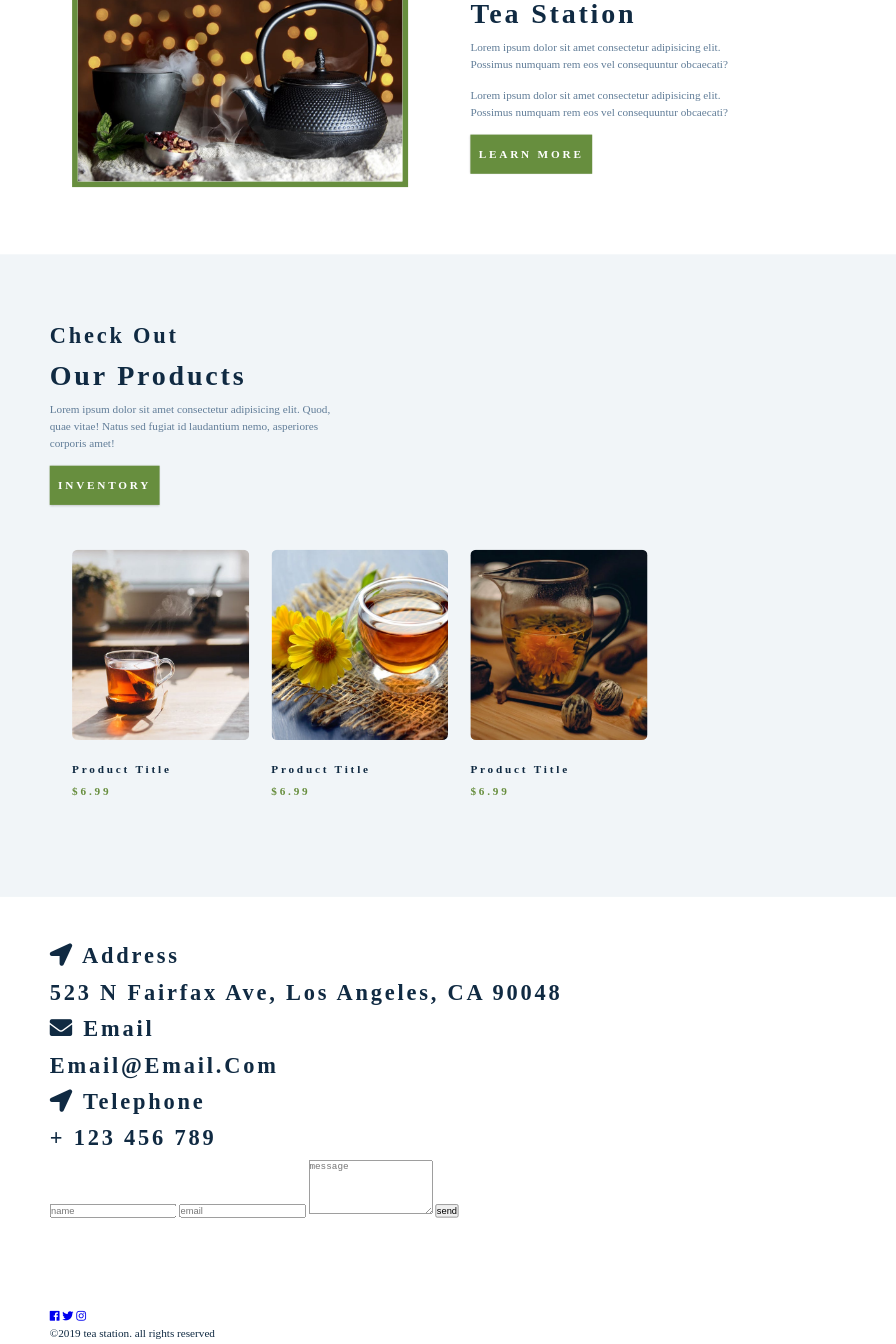
Repository: Ndifoinhilary/building_tea_site
Page: index.html
These files come from the project's save history. The page is drawn as it stood at one moment and after the next save; the edit follows.
The browser window is 1280 px wide. The pictures show the part of the page from y = 1266 to 3186 px (the page is 3267 px tall), at 70% of full size.
Backgrounds fixed to the window are drawn as part of the page. Some web fonts or font styles are not loaded; a fallback is used.

Above is the page before, as saved 2024-01-06 13:17:09.

### index.html
<!DOCTYPE html>
<html lang="en">

<head>
  <meta charset="UTF-8" />
  <meta name="viewport" content="width=device-width, initial-scale=1.0" />
  <meta http-equiv="X-UA-Compatible" content="ie=edge" />
  <title>Tea Station || Home</title>
  <!-- font-awesome -->
  <link rel="stylesheet" href="./fontawesome-free-5.7.2-web/css/all.css" />
  <!-- custom css -->
  <link rel="stylesheet" href="./css/styles.css" />
</head>

<body>
  <!-- nav button -->
  <span class="nav-btn" id="nav-btn">
    <i class="fas fa-bars"></i>
  </span>
  <!-- nav -->
  <nav class="navbar" id="navbar">
    <div class="navbar-header">
      <span class="nav-close" id="nav-close">
        <i class="fas fa-times"></i>
      </span>
    </div>
    <ul class="nav-items">
      <li><a href="index.html" class="nav-link">home</a></li>
      <li><a href="skills.html" class="nav-link">skills</a></li>
      <li><a href="about.html" class="nav-link">about</a></li>
      <li><a href="products.html" class="nav-link">products</a></li>
    </ul>
  </nav>
  <!-- header -->
  <header class="header">
    <div class="banner">
      <h2 class="banner-subtitle">Over one hunred flavors of tea</h2>
      <h1 class="banner-title">specially crafted tea</h1>
      <a href="skills.html" class=" btn banner-btn">explore</a>
    </div>
  </header>

  <div class="content-divider"></div>





  <!-- skills section -->
  <section class="skills clearfix">
    <!-- single skill -->
    <article class="skill">
      <span class="skill-icon">
        <i class="fas fa-mug-hot"></i>
      </span>
      <h4 class="skill-title">made in US</h4>
      <!-- ten words -->
      <p class="skill-text">
        Lorem ipsum dolor sit amet consectetur adipisicing elit. Tempore,
        sequi.
      </p>
    </article>
    <!-- end of single skill -->
    <!-- single skill -->
    <article class="skill">
      <span class="skill-icon">
        <i class="fas fa-glass-cheers"></i>
      </span>
      <h4 class="skill-title">relaxation</h4>
      <!-- ten words -->
      <p class="skill-text">
        Lorem ipsum dolor sit amet consectetur adipisicing elit. Tempore,
        sequi.
      </p>
    </article>
    <!-- end of single skill -->
    <!-- single skill -->
    <article class="skill">
      <span class="skill-icon">
        <i class="fas fa-bomb"></i>
      </span>
      <h4 class="skill-title">energy</h4>
      <!-- ten words -->
      <p class="skill-text">
        Lorem ipsum dolor sit amet consectetur adipisicing elit. Tempore,
        sequi.
      </p>
    </article>
    <!-- end of single skill -->
    <!-- single skill -->
    <article class="skill">
      <span class="skill-icon">
        <i class="fas fa-mortar-pestle"></i>
      </span>
      <h4 class="skill-title">family recipe</h4>
      <!-- ten words -->
      <p class="skill-text">
        Lorem ipsum dolor sit amet consectetur adipisicing elit. Tempore,
        sequi.
      </p>
    </article>
    <!-- end of single skill -->
  </section>
  <!--end of skills section -->




  <!-- about -->
  <section class="about">

    <div class="section-center clearfix">

      <article class="about-img">
        <div class="about-picture-container">
          <img src="./images/about-bcg.jpeg" alt="tea kettle" class="about-picture" />
        </div>
      </article>

      <article class="about-info">
        <!-- section title -->
        <div class="section-title">
          <h3 class="section-subtitle">about our</h3>
          <h2 class="section-title">tea station</h2>
        </div>
        <!-- section title -->
        <p class="about-text">
          Lorem ipsum dolor sit amet consectetur adipisicing elit. Possimus
          numquam rem eos vel consequuntur obcaecati?
        </p>
        <p class="about-text">
          Lorem ipsum dolor sit amet consectetur adipisicing elit. Possimus
          numquam rem eos vel consequuntur obcaecati?
        </p>
        <a href="about.html" class="btn">learn more</a>
      </article>
    </div>
  </section>
  <!-- end of about -->





  <!-- products -->
  <section class="products">
    <div class="section-center clearfix">
      <!-- products info  -->
      <article class="products-info">
        <!-- title -->
        <div>
          <h3 class="section-subtitle">check out</h3>
          <h2 class="section-title text-white">our products</h2>
        </div>
        <!-- end of title -->
        <p class="product-text">
          Lorem ipsum dolor sit amet consectetur adipisicing elit. Quod, quae
          vitae! Natus sed fugiat id laudantium nemo, asperiores corporis
          amet!
        </p>
        <a href="products.html" class="btn">inventory</a>
      </article>
      <!-- end of products info -->

      <!-- products inventory -->
      <article class="products-inventory clearfix">
        <!-- single product -->
        <div class="product">
          <img src="./images/product-1.jpeg" alt="single product" class="product-img" />
          <h4 class="product-title">product title</h4>
          <h4 class="product-price">$6.99</h4>
        </div>
        <!--end of single product -->
        <!-- single product -->
        <div class="product">
          <img src="./images/product-2.jpeg" alt="single product" class="product-img" />
          <h4 class="product-title">product title</h4>
          <h4 class="product-price">$6.99</h4>
        </div>
        <!--end of single product -->
        <!-- single product -->
        <div class="product">
          <img src="./images/product-3.jpeg" alt="single product" class="product-img" />
          <h4 class="product-title">product title</h4>
          <h4 class="product-price">$6.99</h4>
        </div>
        <!--end of single product -->
      </article>
      <!--end of  products inventory -->
    </div>
  </section>


  <!-- end of  products -->




  <!-- contact -->
  <section class="contact">
    <div class="section-center clearfix">
      <!-- contact info -->
      <article class="contact-info">
        <!-- contact item -->
        <div class="contact-item">
          <!-- contact text -->
          <h3 class="contact-title">
            <span class="contact-icon">
              <i class="fas fa-location-arrow"></i> </span>address
          </h3>
          <h3 class="contact-text">
            523 N Fairfax Ave, Los Angeles, CA 90048
          </h3>
        </div>
        <!-- end of contact item -->
        <!-- contact item -->
        <div class="contact-item">
          <!-- contact text -->
          <h3 class="contact-title">
            <span class="contact-icon"> <i class="fas fa-envelope"></i> </span>email
          </h3>
          <h3 class="contact-text">email@email.com</h3>
        </div>
        <!-- end of contact item -->

        <!-- contact item -->
        <div class="contact-item">
          <!-- contact text -->
          <h3 class="contact-title">
            <span class="contact-icon">
              <i class="fas fa-location-arrow"></i> </span>telephone
          </h3>
          <h3 class="contact-text">+ 123 456 789</h3>
        </div>
        <!-- end of contact item -->
      </article>
      <article class="contact-form">
        <form action="https://formspree.io/learncodetutorial@gmail.com" method="POST" class="form-group">
          <input type="text" name="name" placeholder="name" class="form-control" />
          <input type="email" name="email" placeholder="email" class="form-control" />
          <textarea name="message" placeholder="message" class="form-control" rows="5"></textarea>
          <button class="main-btn">send</button>
        </form>
      </article>
      <!-- end of contact info -->
    </div>
  </section>




  <!-- end o fcontact -->
  <footer class="footer">
    <div class="section-center">
      <div class="social-icons">
        <!-- social icon -->
        <a href="#" class="social-icon">
          <i class="fab fa-facebook"></i>
        </a>
        <!-- end of social icon -->
        <!-- social icon -->
        <a href="#" class="social-icon">
          <i class="fab fa-twitter"></i>
        </a>
        <!-- end of social icon -->
        <!-- social icon -->
        <a href="#" class="social-icon">
          <i class="fab fa-instagram"></i>
        </a>
        <!-- end of social icon -->
      </div>
      <p class="footer-text">
        &copy;2019 <span class="text-primary">tea station</span>. all rights
        reserved
      </p>
    </div>
  </footer>



  <script src="app.js"></script>
</body>

</html>

### css/styles.css
@import url("https://fonts.googleapis.com/css?family=Catamaran:400,700|Grand+Hotel");

* {
  margin: 0;
  padding: 0;
  box-sizing: border-box;
}

/*================
Global variables
===================
*/

:root{
  --clr-primary:#678e3e;
  --clr-primary-light:#beed8c;
  --clr-grey-1:#102a42;
  --clr-grey-5:#617d98;
  --clr-grey-10:#f1f5f8;
  --clr-white:#fff;
  --ff-primary:"Catamaran",sans-serif;
  --ff-secondary:"Grand Hotel", cursive;
  --transition: all 0.3s linear ;
  --spacing:0.25rem;
  --radius:0.5rem;
}


body{
  font-family: var(--clr-primary);
  background: var(--clr-white);
  color: var(--clr-grey-1);
  line-height: 1.5;
  font-size: 0.875rem;
}

a{
  text-decoration: none;
}

img{
  width: 100%;
  display: block;
}
h1,h2,h3,h4{
  letter-spacing: var(--spacing);
  text-transform: capitalize;
  line-height: 1.25;
  margin-bottom: 0.75rem;
}

h1{
  font-size: 3rem;
}
h2{
  font-size: 2rem;
}
h3{
  font-size: 1.5rem;
}
h4{
  font-size: 0.875rem;
}

p{
  margin-bottom: 1.25rem;
}
@media screen and (min-width:800px) {
  h1{
    font-size: 4rem;
  }
  h2{
    font-size: 2.5rem;
  }
  h3{
    font-size: 2rem;
  }
  h4{
    font-size: 1rem;
  }
  body{
    font-size: 1rem;
  }
  h1,h2,h3,h4{
    line-height: 1.25;

  }
}
/*
more css
 */

 .btn{
  text-transform: uppercase;
  background: var(--clr-primary);
  color: var(--clr-white);
  padding: 1rem 0.75rem;
  letter-spacing: var(--spacing);
  display: inline-block;
  font-weight:700 ;
  transition: var(--transition);
  font-size: 1rem;
  border: none;
  cursor: pointer;
  box-shadow: 0 1px 3px rgba(0, 0, 0,0.2);
 }
.btn:hover {
  color: var(--ff-primary);
  background: var(--clr-primary-light);
}
.clearfix::after , .clearfix::before{
  content: "";
  clear: both;
  display: table;
}
.section-title h3{
font-family: var(--ff-secondary);
color: var(--clr-primary);
}
section-title{
  margin-bottom: 2rem;
}
.section-center{
  padding: 4rem 0;
  width: 85vw;
  margin: 0 auto;
  max-width: 1170px;
}
@media screen and (min-width:992px) {
  .section-center{
    width: 95vw;
    padding: 4rem 1rem;
  }
}
 /*
 header
  */

  .header{
    min-height: 100vh;
    background: linear-gradient(rgba(0, 0, 0,0.6),rgba(0, 0, 0,0.6)) ,url("/images/main-bcg.jpeg") center/cover no-repeat fixed;
    position: relative;
    /* animation */
    overflow-x: hidden;

  }

  .banner{
    text-align: center;
    position: absolute;
    top: 50%;
    left: 50%;
    transform: translate(-50%,-50%);
  }

  .banner h2{
    font-family: var(--ff-secondary);
    color: var(--clr-primary);
    /* animation */
  }

  .banner h1{
    text-transform: uppercase;
    color: var(--clr-white);
    margin-top: 1.25rem;
    margin-bottom: 2rem;
  }

.banner-btn{
  outline: 0.125rem solid var(--clr-primary);
  outline-offset: 0.25rem;
  font-size: 1.25rem;
  padding:1rem 1.75rem ;
}

.content-divider{
height: 0.5rem;
background: linear-gradient(to left, var(--clr-primary), #e9b949, var(--clr-primary));
}

/*
skills section
 */

 .skills{
  background: var(--clr-grey-10);

 }

 .skill{
  text-align: center;
  padding: 2.5rem 0;
  transition: var(--transition);

 }

 .skill-icon{
  font-size: 2.5rem;
  margin-bottom: 1.25rem;
  transition: var(--transition);
  display: inline-block;
  color: var(--clr-primary);

 }
 .skill-text{
  color: var(--clr-grey-5);
  max-width: 17rem;
  margin: 0 auto;
 }
 .skill:hover {
  background: var(--clr-white);
  box-shadow: 0  2px var(--clr-primary);
 }

 .skill:hover .skill-icon{
  transform: translateY(-5px);
 }
 @media screen and (min-width:576px) {
  .skill{
    float: left;
    width: 50%;
  }
 }

 @media screen and (min-width:1200px) {
  .skill{

    width: 25%;
  }
 }

 /*
 About css
  */
.about-img, .about-info{
  padding: 2rem;
}

.about-picture-container{
  color: var(--clr-primary);
  border: 0.5rem solid var(--clr-primary);
  max-width: 30rem;
  overflow: hidden;

}

.about-picture{
  transition: var(--transition);
}

.about-picture-container:hover .about-picture{
opacity: 0.5;
transform: scale(1.2)
}


.about-text{
  max-width: 26rem;
  color: var(--clr-grey-5);
}


@media screen and (min-width:992px) {
  .about-info, .about-img{
    float: left;
    width: 50%;
  }
  .about-info{
    padding-left:2rem ;
  }
}
/*
product section
 */


 .product{
  margin-bottom: 2rem;
 }

.products{
  background: var(--clr-grey-10);

}

.products article{
  padding: 2rem 0;
}
.product-text{
  color: var(--clr-grey-5);
  max-width: 26rem;
}

.product-img{
  border-radius: var(--radius);
  margin-bottom: 2rem;
  height: 17rem;
  object-fit: cover;
}

.product-price{
  color: var(--clr-primary);
}

@media screen and (min-width:768px) {
.product{
  float: left;
  width: 50%;
  padding-left: 2rem;
}

}
@media screen and (min-width:992px) {
.product{
  width: 25%;
}

}

### app.js
const navBtn = document.getElementById("nav-btn");
const navbar = document.getElementById("navbar");
const navClose = document.getElementById("nav-close");

navBtn.addEventListener("click", () => {
  navbar.classList.add("showNav");
});

navClose.addEventListener("click", () => {
  navbar.classList.remove("showNav");
});

Loaded but not shown: fontawesome-free-5.7.2-web/css/all.css (library)

After the next save:
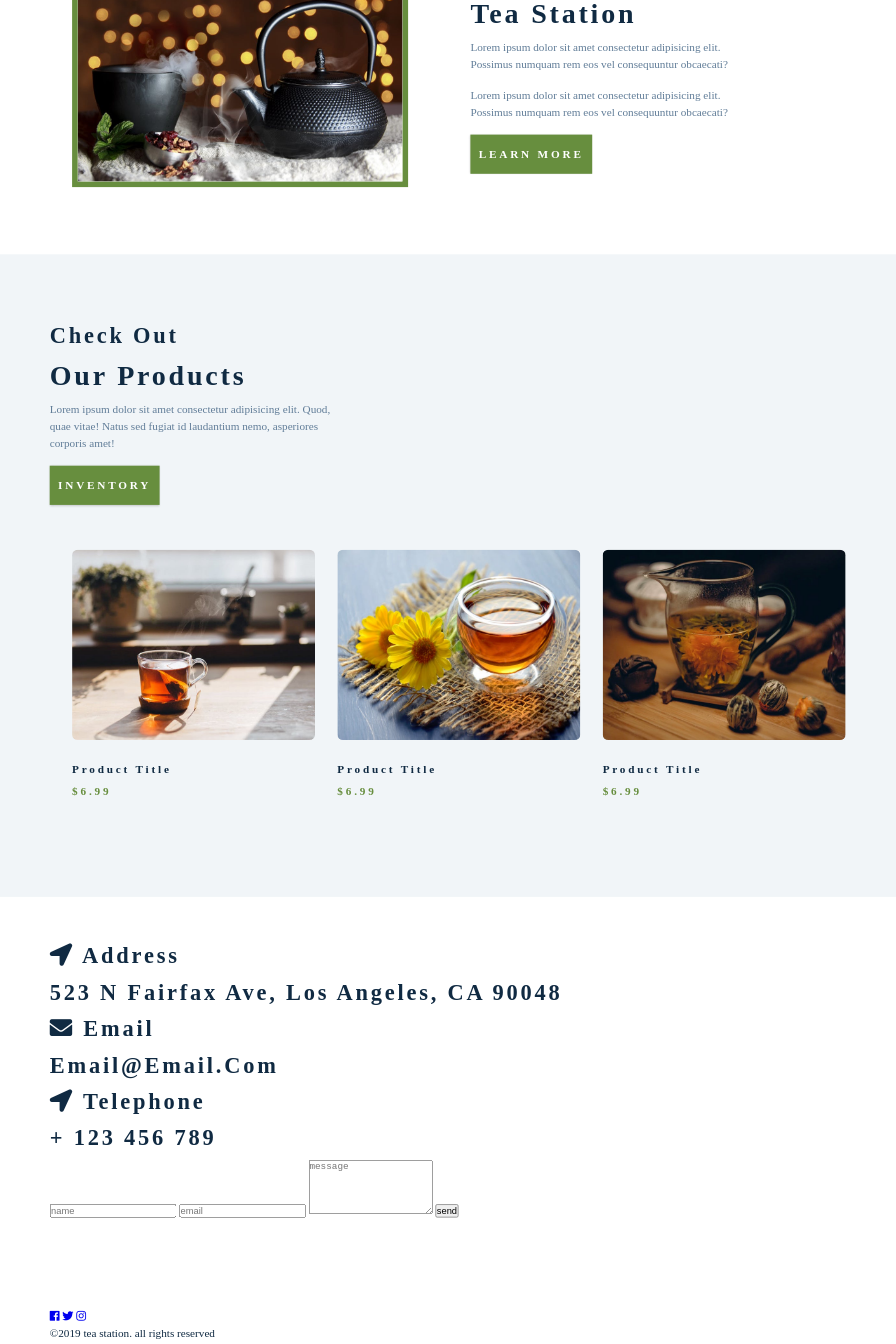
Saved 11 s later.
--- a/css/styles.css
+++ b/css/styles.css
@@ -312,7 +312,7 @@ product section
 }
 @media screen and (min-width:992px) {
 .product{
-  width: 25%;
-}
-
-}
+  width: 33.3%;
+}
+
+}
